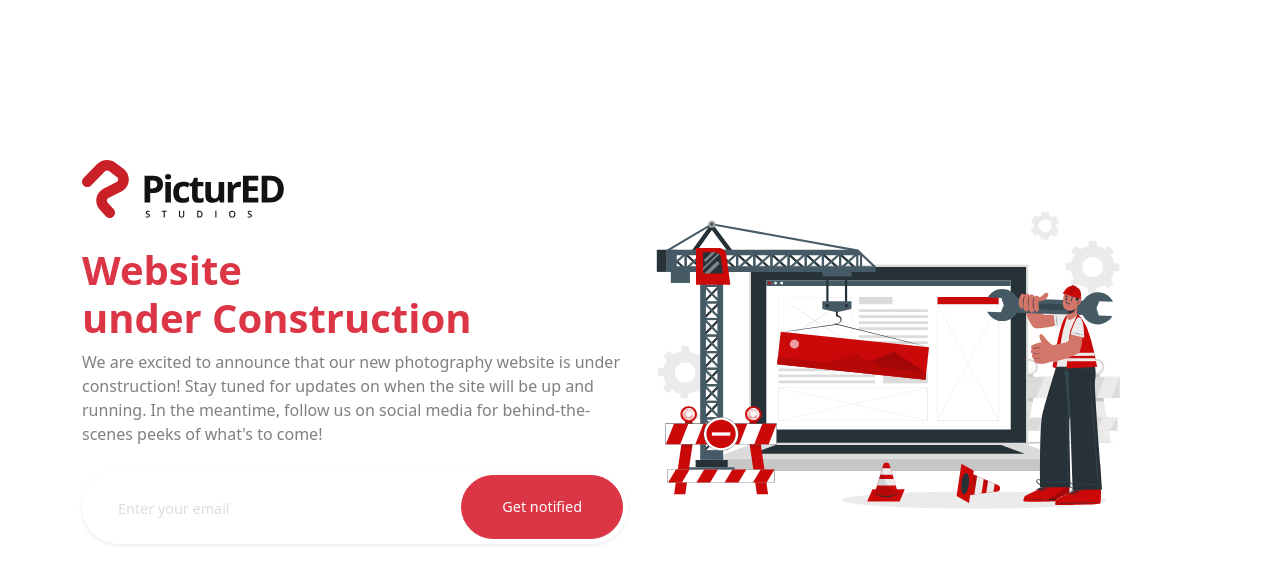
Repository: tHEO2k17/pictured
Page: /
An editor plug-in stored every save of this project. The page is shown before and after the next save, followed by the edit.
The browser window is 1280 px wide. The pictures show the whole page.
The project was rebuilt for these pictures with package versions that can differ from the ones it lists, and the page was loaded fresh each time.

Above is the page before, as saved 2022-09-14 14:40:03.

After the next save:
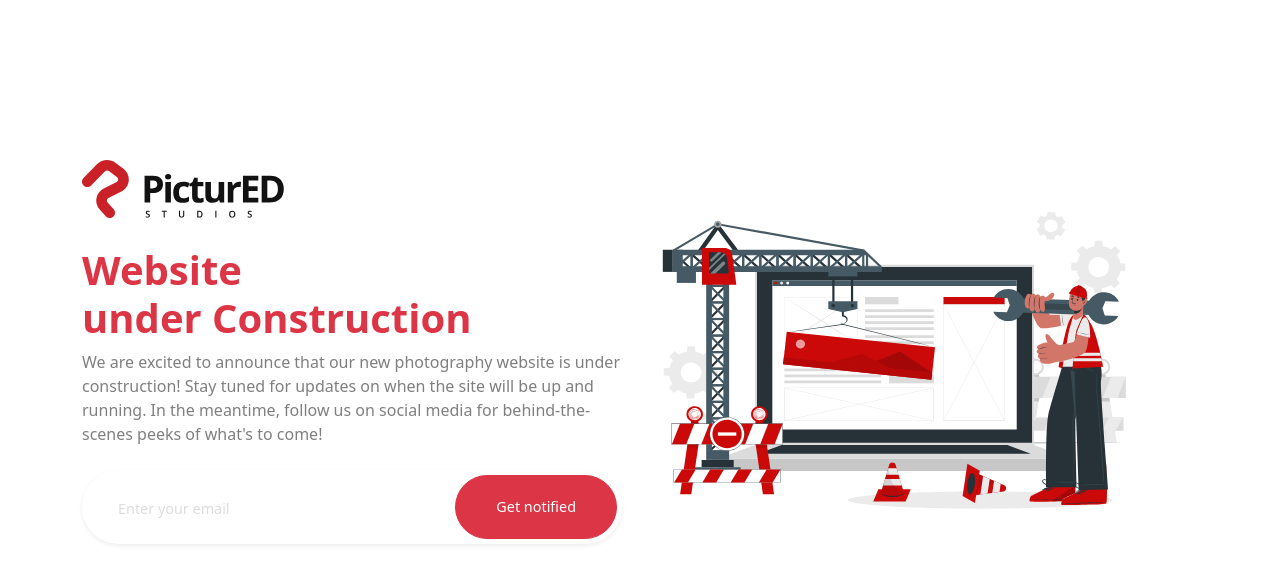
Saved 4 min 30 s later.
--- a/src/App.tsx
+++ b/src/App.tsx
@@ -39,7 +39,7 @@ function App() {
             </Button>
           </InputGroup>
         </Col>
-        <Col className="d-none d-lg-block">
+        <Col className="d-none d-lg-block ps-4">
           <Image src={sideImage} />
         </Col>
       </Row>
